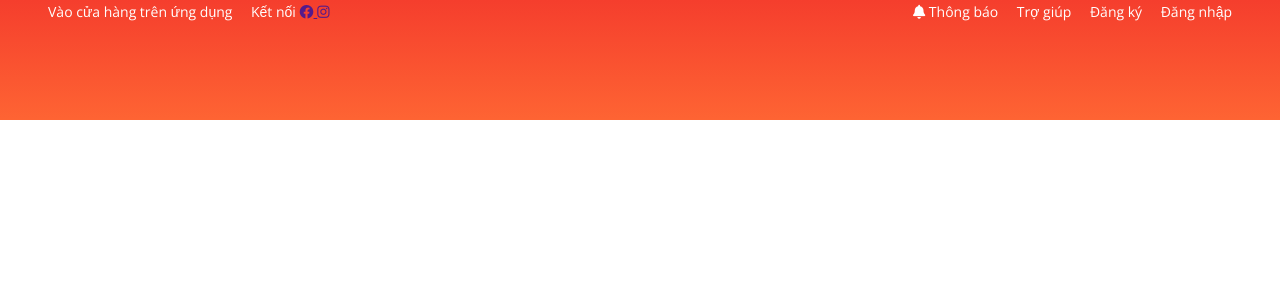
Repository: trongtamdev/Clone-Shopee-Page
Page: index.html
These files come from the project's save history. The page is drawn as it stood at one moment and after the next save; the edit follows.
The browser window is 1280 px wide. The pictures show the whole page.

Above is the page before, as saved 2022-07-06 13:59:12.

After the next save:
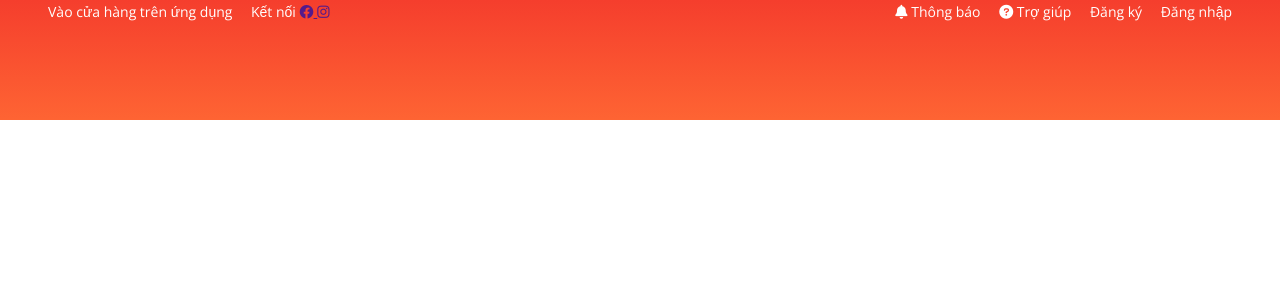
Saved 72 s later.
--- a/index.html
+++ b/index.html
@@ -39,7 +39,9 @@
                         </li>
 
                         <li class="header__navbar-item">
-                            <a href="" class="header__navbar-item-link">Trợ giúp</a>
+                            <a href="" class="header__navbar-item-link">
+                                <i class="fa-solid fa-circle-question"></i>
+                                Trợ giúp</a>
                         </li>
 
                         <li class="header__navbar-item header__navbar-item--strong">Đăng ký</li>
